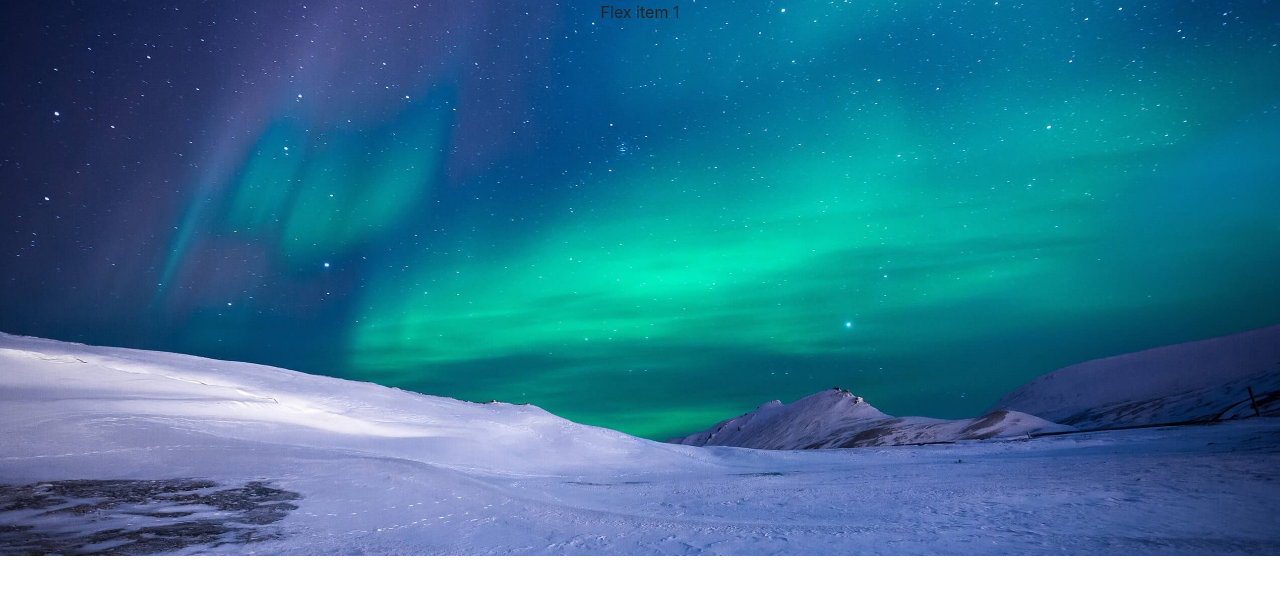
Repository: DHUAVH/Blog
Page: test/test.html
The author's editor kept a copy of each file at every save. The page is drawn from the files as they stood at one save, then again after the next save.
The browser window is 1280 px wide. The pictures show the whole page.
Some web libraries are served in a nearby version.

Above is the page before, as saved 2020-11-29 17:12:01.

After the next save:
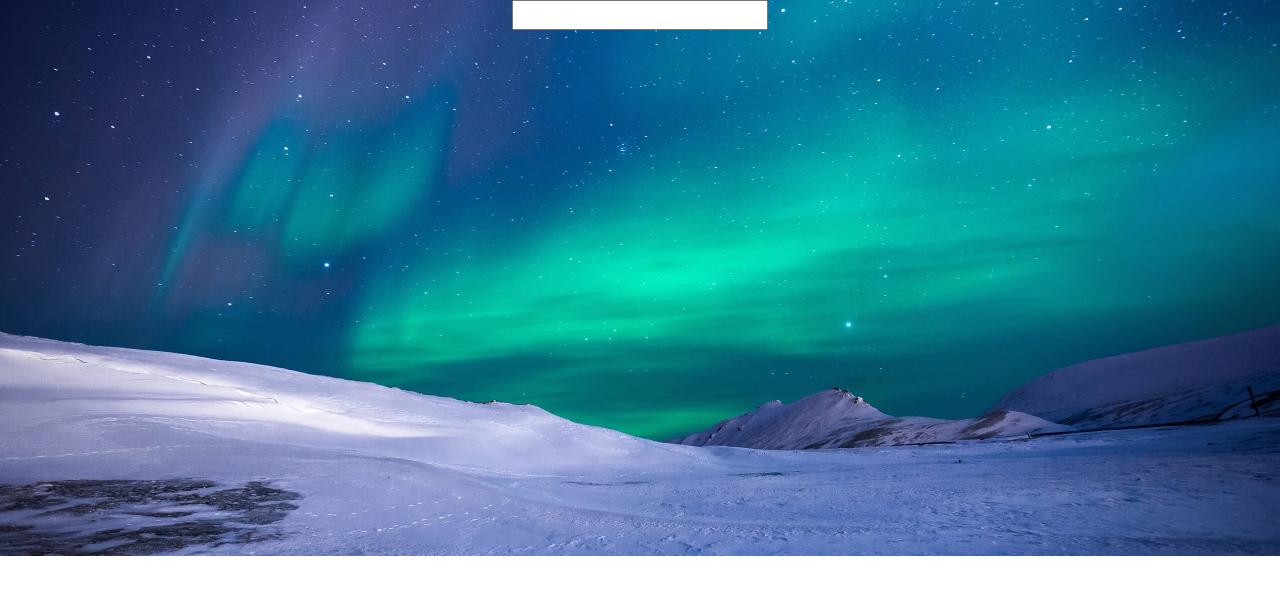
Saved 14 s later.
--- a/test/test.html
+++ b/test/test.html
@@ -20,7 +20,7 @@
 </head>
 
 <body class="background">
-      <div class="text-center">Flex item 1</div>
+      <div class="text-center"><input type="text"></div>
 
 
 </body>
